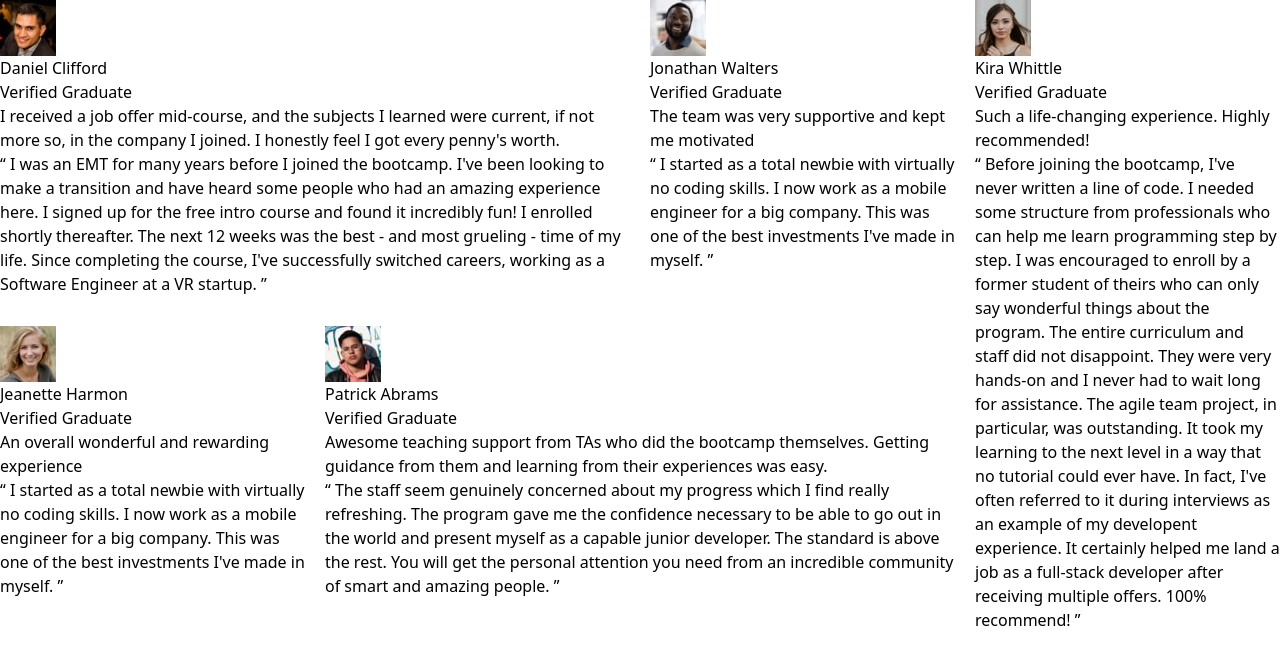
Repository: DiyBookOfLife/ps-FrontendMentor
Page: index.html
An editor plug-in stored every save of this project. The page is shown before and after the next save, followed by the edit.
The browser window is 1280 px wide. The pictures show the whole page.
Some web libraries are served in a nearby version.

Above is the page before, as saved 2026-01-02 13:20:25.

After the next save:
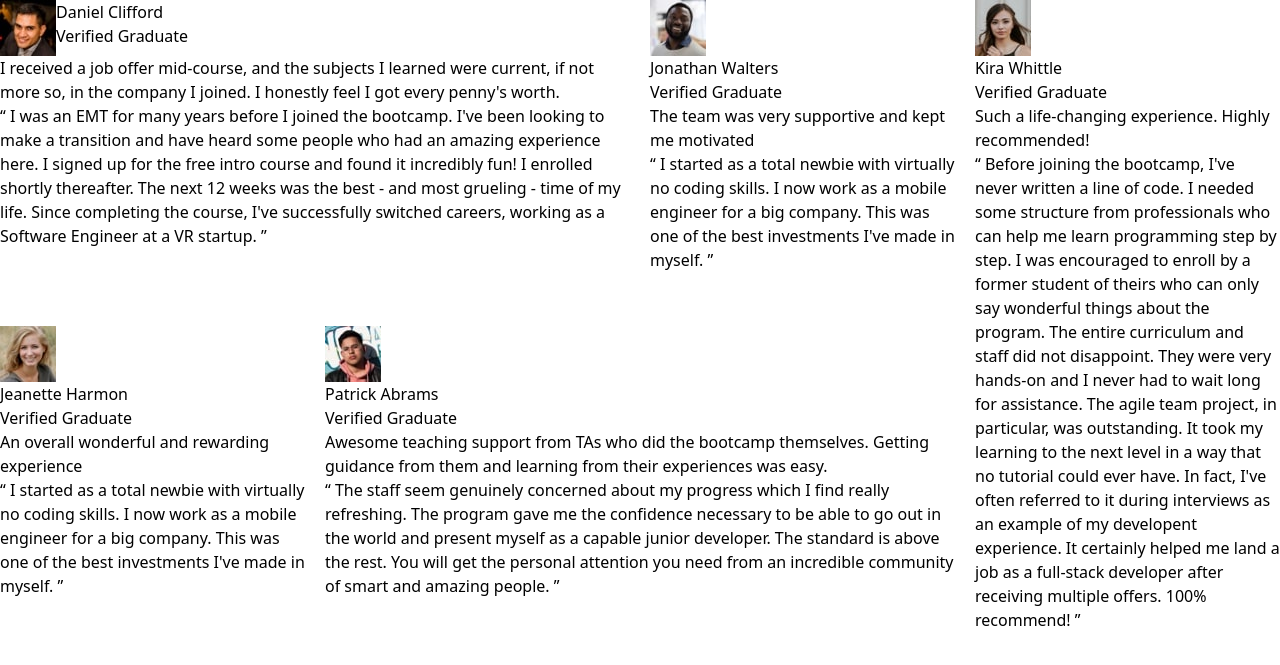
Saved 42 s later.
--- a/index.html
+++ b/index.html
@@ -22,7 +22,7 @@
   <main>
     <section class="grid grid-cols-4 grid-rows-2 gap-[20px]">
       <div class="col-start-1 col-end-3">
-        <div class="">
+        <div class="flex">
           <img src="./images/image-daniel.jpg" alt="picture of daniel">
           <div>
             <div>Daniel Clifford</div>
